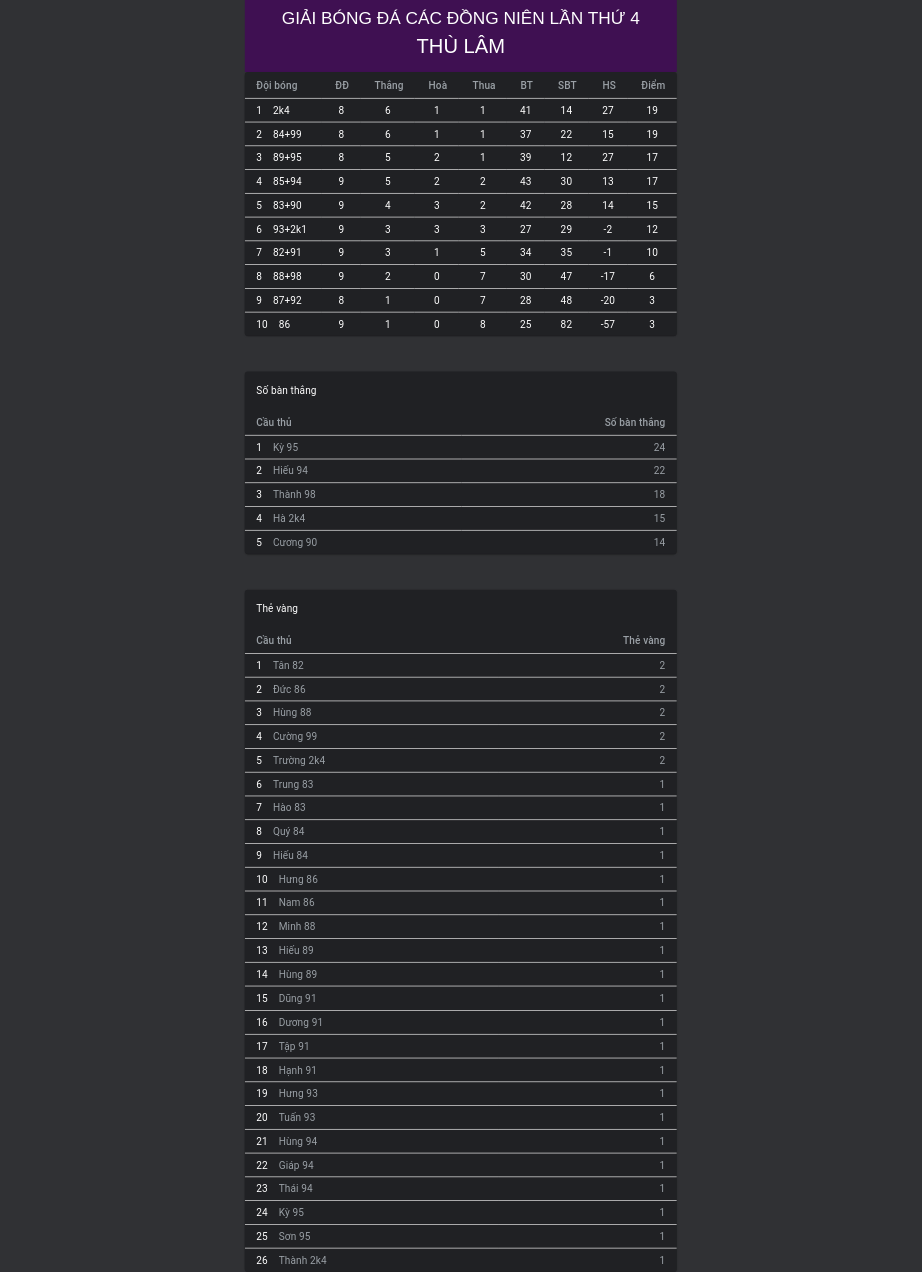
Repository: tuan842001/thulam
Page: /
An editor plug-in stored every save of this project. The page is shown before and after a run of saves, followed by the edit.
The browser window is 1280 px wide. The pictures show the whole page, at 72% of full size.
The project was rebuilt for these pictures with package versions that can differ from the ones it lists, and the page was loaded fresh each time.

Above is the page before, as saved 2022-01-11 15:47:13.

### public/index.html
<!DOCTYPE html>
<html lang="en">
  <head>
    <meta charset="utf-8" />
    <link rel="icon" href="%PUBLIC_URL%/favicon.ico" />
    <meta name="viewport" content="width=device-width, initial-scale=1" />
    <meta name="theme-color" content="#000000" />
    <meta
      name="description"
      content="Web site created using create-react-app"
    />

    <link href="https://cdn.jsdelivr.net/npm/bootstrap@5.1.3/dist/css/bootstrap.min.css" rel="stylesheet" integrity="sha384-1BmE4kWBq78iYhFldvKuhfTAU6auU8tT94WrHftjDbrCEXSU1oBoqyl2QvZ6jIW3" crossorigin="anonymous">
<script src="https://cdn.jsdelivr.net/npm/bootstrap@5.1.3/dist/js/bootstrap.bundle.min.js" integrity="sha384-ka7Sk0Gln4gmtz2MlQnikT1wXgYsOg+OMhuP+IlRH9sENBO0LRn5q+8nbTov4+1p" crossorigin="anonymous"></script>
    <title>GIẢI BÓNG ĐÁ CÁC ĐỒNG NIÊN THÙ LÂM</title>
  </head>
  <body>
    <noscript>You need to enable JavaScript to run this app.</noscript>
    <div id="root"></div>

  </body>
</html>

### src/App.js
import "./App.css";
import { Header } from "./components/header/Header";
import Card from "./pages/card/Card";
import Statistical from "./pages/statistical/Statistical";
import UserList from "./pages/userList/UserList";

function App() {
  return (
    <div className="App">
      <Header />
      <UserList />
      <Statistical />
      <Card />
    </div>
  );
}

export default App;

### src/App.css
body {
  margin: 0;
  font-family: 'Montserrat', sans-serif;
  background-color: #303134;
  display: flex;
  justify-content: center;
}

* {
  margin: 0;
}

@media screen and (max-width: 480px) {
  body {
    justify-content: normal;
  }
}

### src/components/header/Header.jsx
import * as React from "react";
import "./header.css";

export const Header = () => {
  return (
    <div className="header">
      <h4>GIẢI BÓNG ĐÁ CÁC ĐỒNG NIÊN LẦN THỨ 4</h4>
      <h3>THÙ LÂM</h3>
    </div>
  );
};

### src/pages/card/Card.jsx
import * as React from "react";
import Table from "@mui/material/Table";
import TableBody from "@mui/material/TableBody";
import TableCell from "@mui/material/TableCell";
import TableContainer from "@mui/material/TableContainer";
import TableHead from "@mui/material/TableHead";
import TableRow from "@mui/material/TableRow";
import Paper from "@mui/material/Paper";

function createData(order, name, goal) {
  return {
    order,
    name,
    goal,
  };
}

const rows = [
  createData(1, "Tân 82", 2),
  createData(2, "Đức 86", 2),
  createData(3, "Hùng 88", 2),
  createData(4, "Cường 99", 2),
  createData(5, "Trường 2k4", 2),
  createData(6, "Trung 83", 1),
  createData(7, "Hào 83", 1),
  createData(8, "Quý 84", 1),
  createData(9, "Hiếu 84", 1),
  createData(10, "Hưng 86", 1),
  createData(11, "Nam 86", 1),
  createData(12, "Minh 88", 1),
  createData(13, "Hiếu 89", 1),
  createData(14, "Hùng 89", 1),
  createData(15, "Dũng 91", 1),
  createData(16, "Dương 91", 1),
  createData(17, "Tập 91", 1),
  createData(18, "Hạnh 91", 1),
  createData(19, "Hưng 93", 1),
  createData(20, "Tuấn 93", 1),
  createData(21, "Hùng 94", 1),
  createData(22, "Giáp 94", 1),
  createData(23, "Thái 94", 1),
  createData(24, "Kỳ 95", 1),
  createData(25, "Sơn 95", 1),
  createData(26, "Thành 2k4", 1),
];

export default function Card() {
  return (
    <TableContainer
      component={Paper}
      style={{ backgroundColor: "#202124", color: "#FFFF", marginTop: "50px" }}
    >
      <TableCell style={{ color: "#FFFF", borderBottom: "none" }} align="right">
        Thẻ vàng
      </TableCell>
      <Table sx={{ minWidth: 600 }} size="small" aria-label="a dense table">
        <TableHead>
          <TableRow>
            <TableCell style={{ color: "#9aa0a6" }}>Cầu thủ</TableCell>
            <TableCell style={{ color: "#9aa0a6" }} align="right">
              Thẻ vàng
            </TableCell>
          </TableRow>
        </TableHead>
        <TableBody>
          {rows.map((row) => (
            <TableRow
              key={row.name}
              sx={{ "&:last-child td, &:last-child th": { border: 0 } }}
            >
              <TableCell
                component="th"
                scope="row"
                style={{ color: "#9aa0a6" }}
              >
                <span
                  style={{
                    color: "#fff",
                    marginRight: "15px",
                    textAlign: "center",
                  }}
                  align="center"
                >
                  {row.order}
                </span>
                {row.name}
              </TableCell>
              <TableCell style={{ color: "#9aa0a6" }} align="right">
                {row.goal}
              </TableCell>
            </TableRow>
          ))}
        </TableBody>
      </Table>
    </TableContainer>
  );
}

### src/pages/statistical/Statistical.jsx
import * as React from "react";
import Table from "@mui/material/Table";
import TableBody from "@mui/material/TableBody";
import TableCell from "@mui/material/TableCell";
import TableContainer from "@mui/material/TableContainer";
import TableHead from "@mui/material/TableHead";
import TableRow from "@mui/material/TableRow";
import Paper from "@mui/material/Paper";

function createData(order, name, goal) {
  return {
    order,
    name,
    goal,
  };
}

const rows = [
  createData(1, "Kỳ 95", 24),
  createData(2, "Hiếu 94", 22),
  createData(3, "Thành 98", 18),
  createData(4, "Hà 2k4", 15),
  createData(5, "Cương 90", 14),
];

export default function Statistical() {
  return (
    <TableContainer
      component={Paper}
      style={{ backgroundColor: "#202124", color: "#FFFF", marginTop: "50px" }}
    >
      <TableCell style={{ color: "#FFFF", borderBottom: "none" }} align="right">
        Số bàn thắng
      </TableCell>
      <Table sx={{ minWidth: 600 }} size="small" aria-label="a dense table">
        <TableHead>
          <TableRow>
            <TableCell style={{ color: "#9aa0a6" }}>Cầu thủ</TableCell>
            <TableCell style={{ color: "#9aa0a6" }} align="right">
              Số bàn thắng
            </TableCell>
          </TableRow>
        </TableHead>
        <TableBody>
          {rows.map((row) => (
            <TableRow
              key={row.name}
              sx={{ "&:last-child td, &:last-child th": { border: 0 } }}
            >
              <TableCell
                component="th"
                scope="row"
                style={{ color: "#9aa0a6" }}
              >
                <span
                  style={{
                    color: "#FFFF",
                    marginRight: "15px",
                    textAlign: "center",
                  }}
                  align="center"
                >
                  {row.order}
                </span>
                {row.name}
              </TableCell>
              <TableCell style={{ color: "#9aa0a6" }} align="right">
                {row.goal}
              </TableCell>
            </TableRow>
          ))}
        </TableBody>
      </Table>
    </TableContainer>
  );
}

### src/pages/userList/UserList.jsx
import * as React from "react";
import Table from "@mui/material/Table";
import TableBody from "@mui/material/TableBody";
import TableCell from "@mui/material/TableCell";
import TableContainer from "@mui/material/TableContainer";
import TableHead from "@mui/material/TableHead";
import TableRow from "@mui/material/TableRow";
import Paper from "@mui/material/Paper";

function createData(
  order,
  name,
  fought,
  win,
  draw,
  lose,
  goal,
  goals,
  difference,
  protein
) {
  return {
    order,
    name,
    fought,
    win,
    draw,
    lose,
    goal,
    goals,
    difference,
    protein,
  };
}

const rows = [
  createData(1, "2k4", 8, 6, 1, 1, 41, 14, 27, 19),
  createData(2, "84+99", 8, 6, 1, 1, 37, 22, 15, 19),
  createData(3, "89+95", 8, 5, 2, 1, 39, 12, 27, 17),
  createData(4, "85+94", 9, 5, 2, 2, 43, 30, 13, 17),
  createData(5, "83+90", 9, 4, 3, 2, 42, 28, 14, 15),
  createData(6, "93+2k1", 9, 3, 3, 3, 27, 29, -2, 12),
  createData(7, "82+91", 9, 3, 1, 5, 34, 35, -1, 10),
  createData(8, "88+98", 9, 2, 0, 7, 30, 47, -17, 6),
  createData(9, "87+92", 8, 1, 0, 7, 28, 48, -20, 3),
  createData(10, "86", 9, 1, 0, 8, 25, 82, -57, 3),
];

export default function UserList() {
  return (
    <TableContainer
      component={Paper}
      style={{ backgroundColor: "#202124", color: "#FFFF" }}
    >
      <Table sx={{ minWidth: 600 }} size="small" aria-label="a dense table">
        <TableHead>
          <TableRow>
            <TableCell style={{ color: "#9aa0a6" }}>Đội bóng</TableCell>
            <TableCell style={{ color: "#9aa0a6" }} align="right">
              ĐĐ
            </TableCell>
            <TableCell style={{ color: "#9aa0a6" }} align="right">
              Thắng
            </TableCell>
            <TableCell style={{ color: "#9aa0a6" }} align="right">
              Hoà
            </TableCell>
            <TableCell style={{ color: "#9aa0a6" }} align="right">
              Thua
            </TableCell>
            <TableCell style={{ color: "#9aa0a6" }} align="right">
              BT
            </TableCell>
            <TableCell style={{ color: "#9aa0a6" }} align="right">
              SBT
            </TableCell>
            <TableCell style={{ color: "#9aa0a6" }} align="right">
              HS
            </TableCell>
            <TableCell style={{ color: "#9aa0a6" }} align="right">
              Điểm
            </TableCell>
          </TableRow>
        </TableHead>
        <TableBody>
          {rows.map((row) => (
            <TableRow
              key={row.name}
              sx={{ "&:last-child td, &:last-child th": { border: 0 } }}
            >
              <TableCell component="th" scope="row" style={{ color: "#FFFF" }}>
                <span
                  style={{
                    color: "#FFFF",
                    marginRight: "15px",
                    textAlign: "center",
                  }}
                  align="center"
                >
                  {row.order}
                </span>

                {row.name}
              </TableCell>
              <TableCell style={{ color: "#FFFF" }} align="center">
                {row.fought}
              </TableCell>
              <TableCell style={{ color: "#FFFF" }} align="center">
                {row.win}
              </TableCell>
              <TableCell style={{ color: "#FFFF" }} align="center">
                {row.draw}
              </TableCell>
              <TableCell style={{ color: "#FFFF" }} align="center">
                {row.lose}
              </TableCell>
              <TableCell style={{ color: "#FFFF" }} align="center">
                {row.goal}
              </TableCell>
              <TableCell style={{ color: "#FFFF" }} align="center">
                {row.goals}
              </TableCell>
              <TableCell style={{ color: "#FFFF" }} align="center">
                {row.difference}
              </TableCell>
              <TableCell style={{ color: "#FFFF" }} align="center">
                {row.protein}
              </TableCell>
            </TableRow>
          ))}
        </TableBody>
      </Table>
    </TableContainer>
  );
}

### src/components/header/header.css
.header {
    background: #3F1052;
    height: 100px;
    width: 600px;
    text-align: center;
    color: #fff;
    display: flex;
    align-content: center;
    flex-direction: column;
    justify-content: center;
}

Loaded but not shown: src/index.js (common file)

After the next 2 saves:
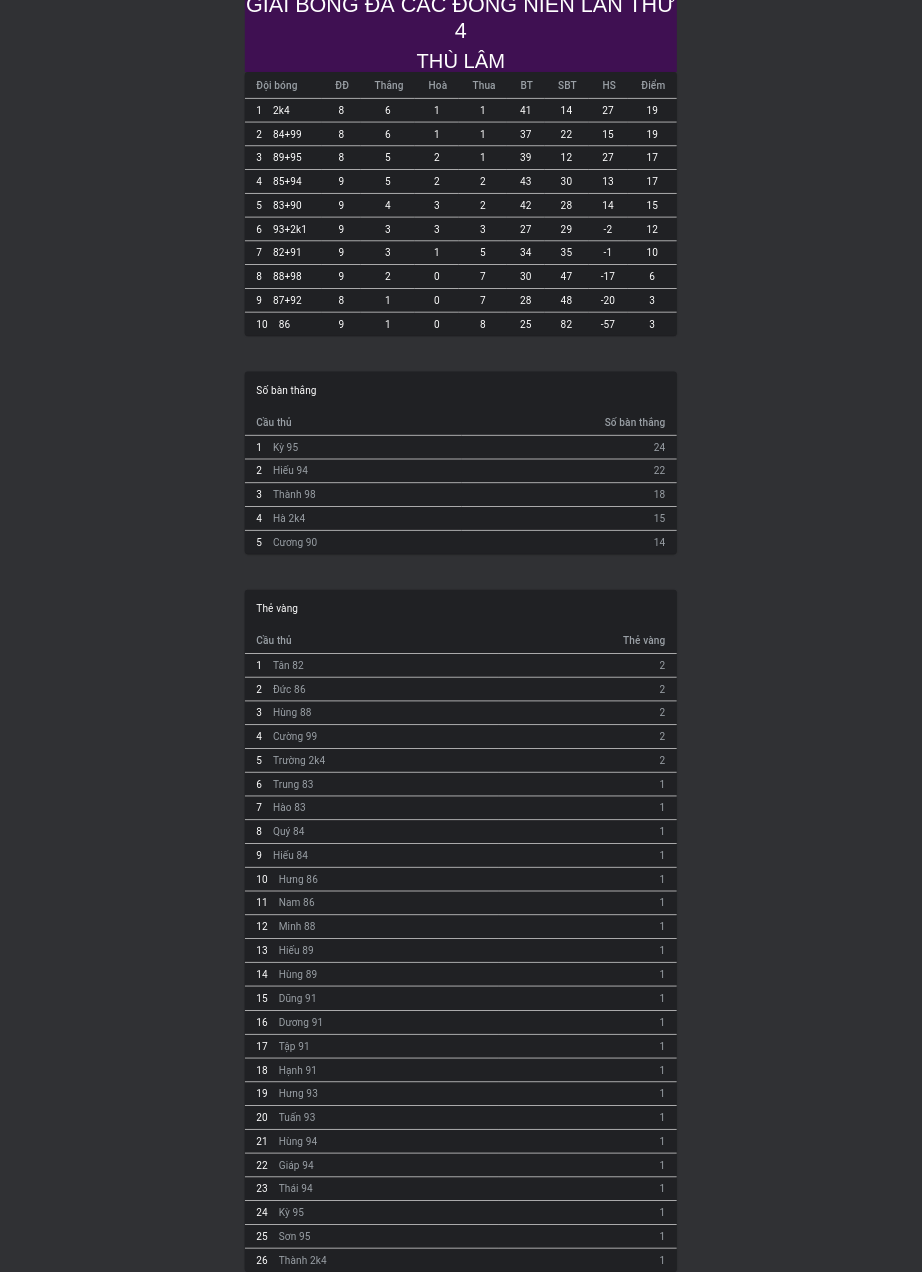
The 2 saves are shown as one change because they came seconds apart.
The last was saved 46 s later.
--- a/src/components/header/header.css
+++ b/src/components/header/header.css
@@ -9,3 +9,7 @@
     flex-direction: column;
     justify-content: center;
 }
+
+.header h4 {
+    font-size: 30px;
+}
